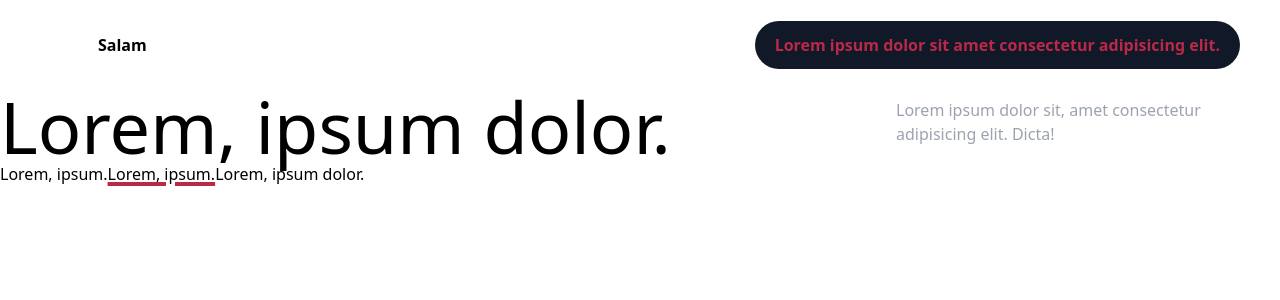
Repository: khaled-m1/Blog-Next.js
Page: /
The author's editor kept a copy of each file at every save. The page is drawn from the files as they stood at one save, then again after the next save.
The browser window is 1280 px wide. The pictures show the whole page.
The project was rebuilt for these pictures with package versions that can differ from the ones it lists, and the page was loaded fresh each time. The framework's server and built-in components were replaced by stand-ins that run in the browser. Also part of the build but not shown: next.config.js.

Above is the page before, as saved 2023-01-15 23:48:26.

After the next save:
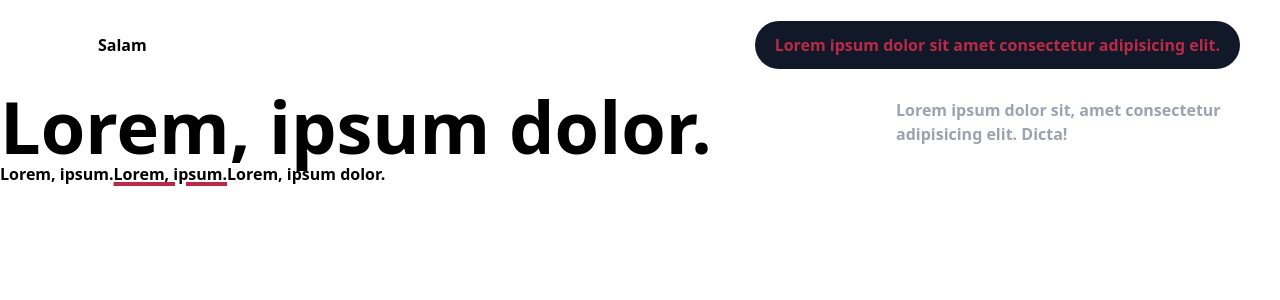
Saved 7 s later.
--- a/components/Bannar.tsx
+++ b/components/Bannar.tsx
@@ -2,7 +2,7 @@ import React from "react";
 
 export const Bannar = () => {
   return (
-    <div className="flex flex-col lg:flex-row lg:space-x-5 justify-between fon">
+    <div className="flex flex-col lg:flex-row lg:space-x-5 justify-between font-bold">
       <div>
         <h1 className="text-7xl">Lorem, ipsum dolor.</h1>
         <h2 className="mt-5 md:mt-0">
